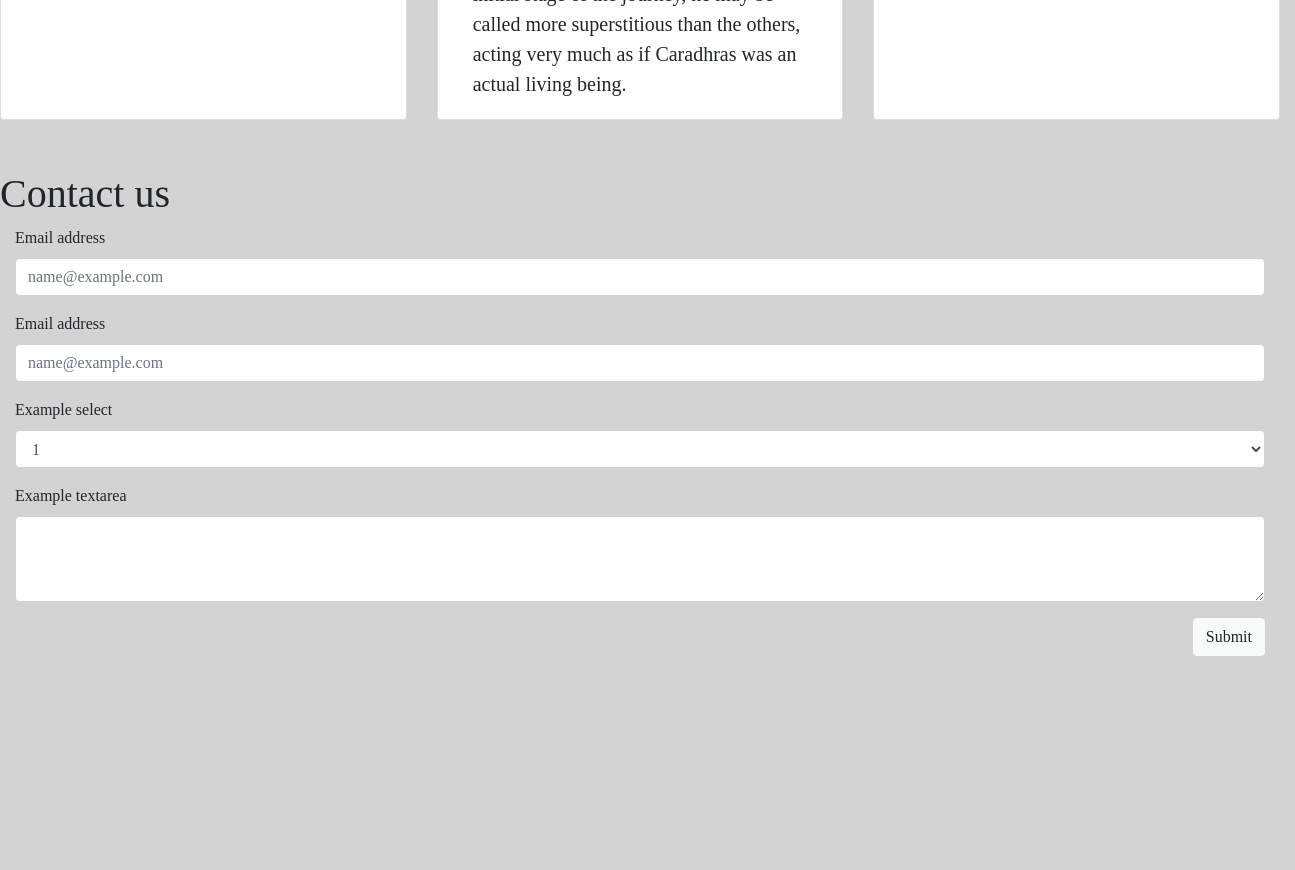
Repository: Khaleddwm/FindThePrecious
Page: index.html
The author's editor kept a copy of each file at every save. The page is drawn from the files as they stood at one save, then again after the next save.
The browser window is 1280 px wide. The page is 1295 px wide, so the pictures cover 1295 px, including what lies to the right of the window. The pictures show the part of the page from y = 1740 to 2664 px (the page is 2610 px tall before and 2664 px after).
Some web fonts or font styles are not loaded; a fallback is used.

Above is the page before, as saved 2020-05-24 21:44:18.

After the next save:
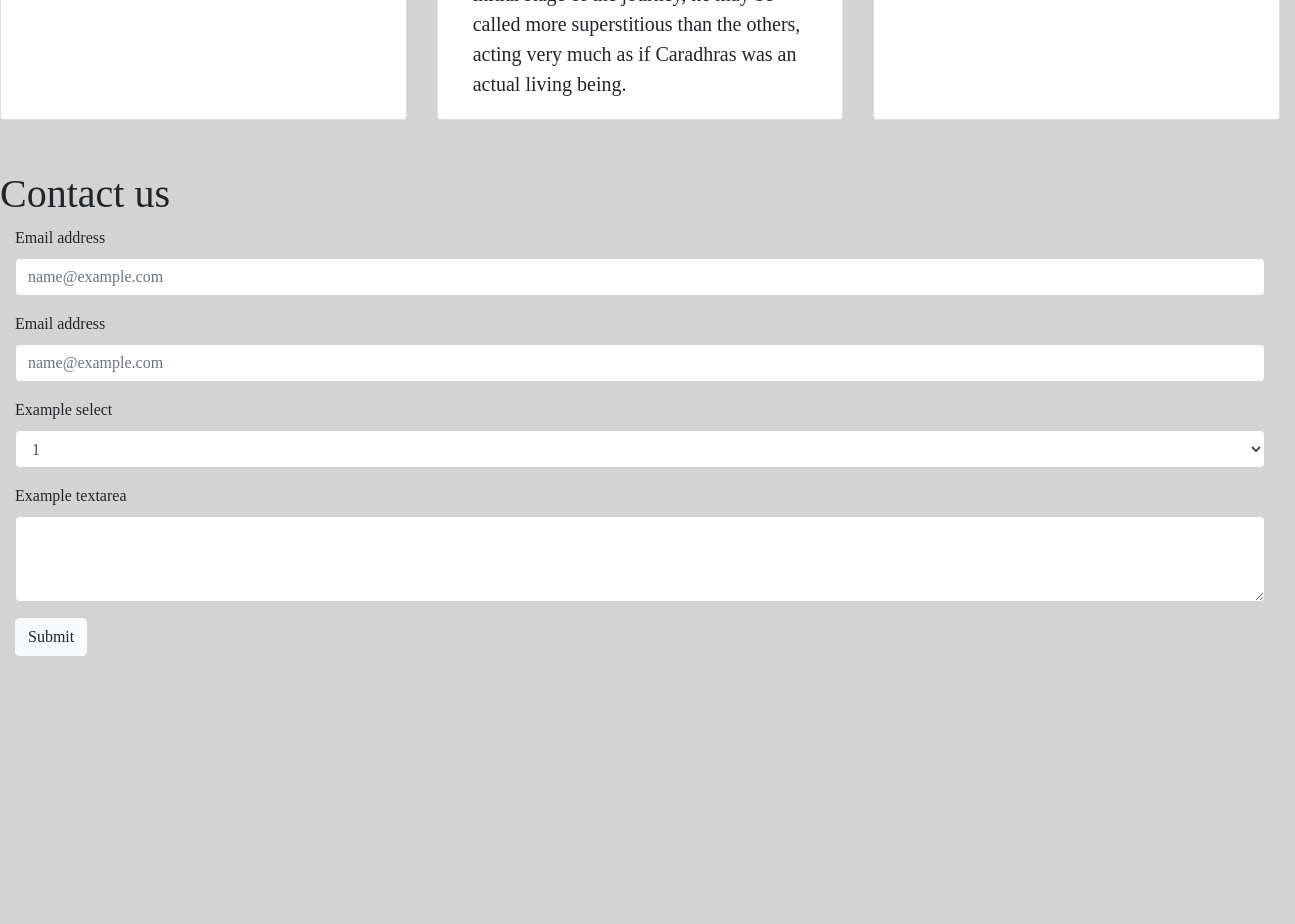
Saved 2 min 18 s later.
--- a/index.html
+++ b/index.html
@@ -131,7 +131,7 @@
                 <textarea class="form-control" id="textarea" rows="3"></textarea>
             </div>
             <div class="form-group">
-                <button type="submit" class="btn btn-light" id="submit">Submit</button>
+                <input type="submit" class="btn btn-light" id="submit" value="Submit">
             </div>
         </form>
     </div>

After the save that followed:
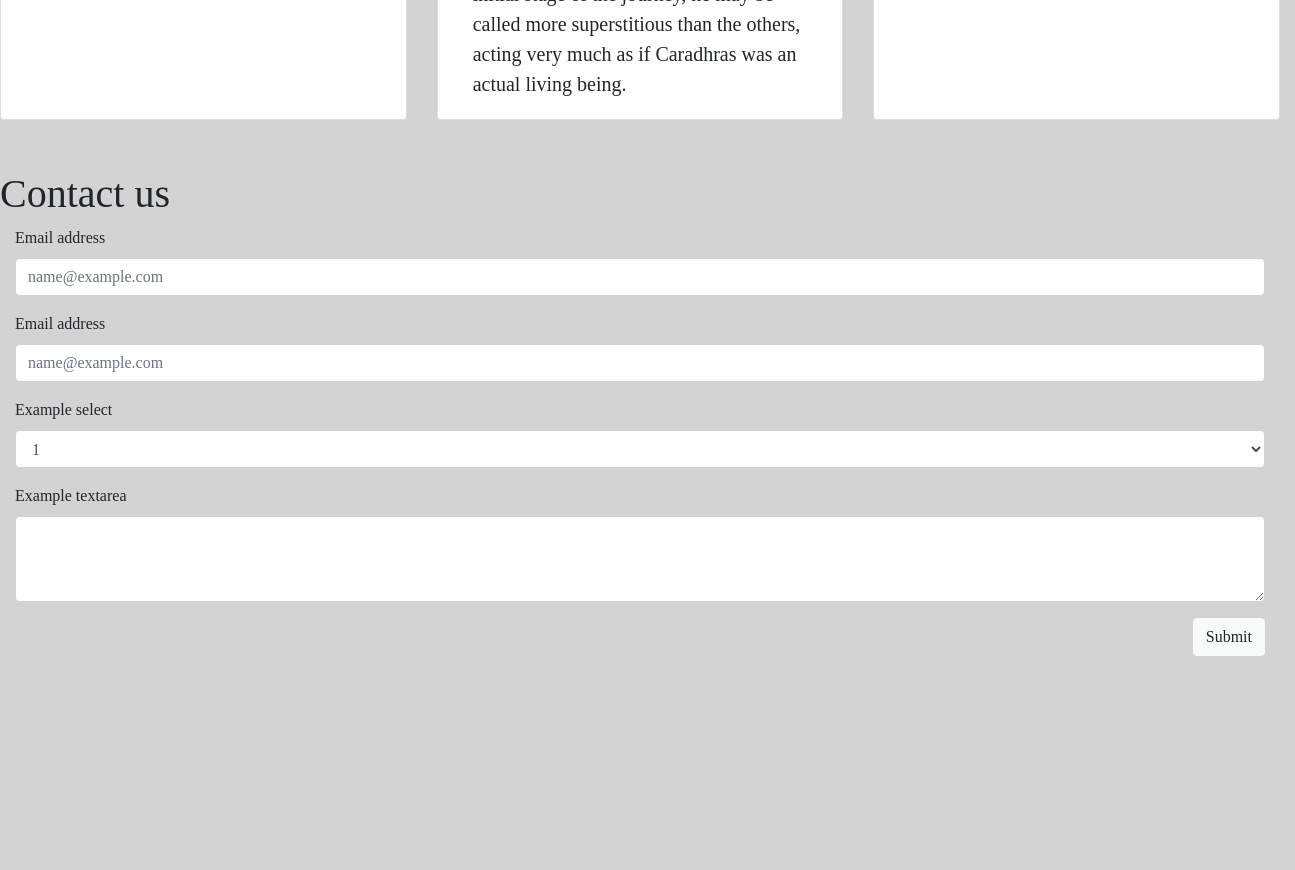
Saved 25 s later.
--- a/style.css
+++ b/style.css
@@ -64,7 +64,7 @@ img {
     background-color: lightgray;
 }
 
-button {
+#submit {
     float: right;
 }
 
